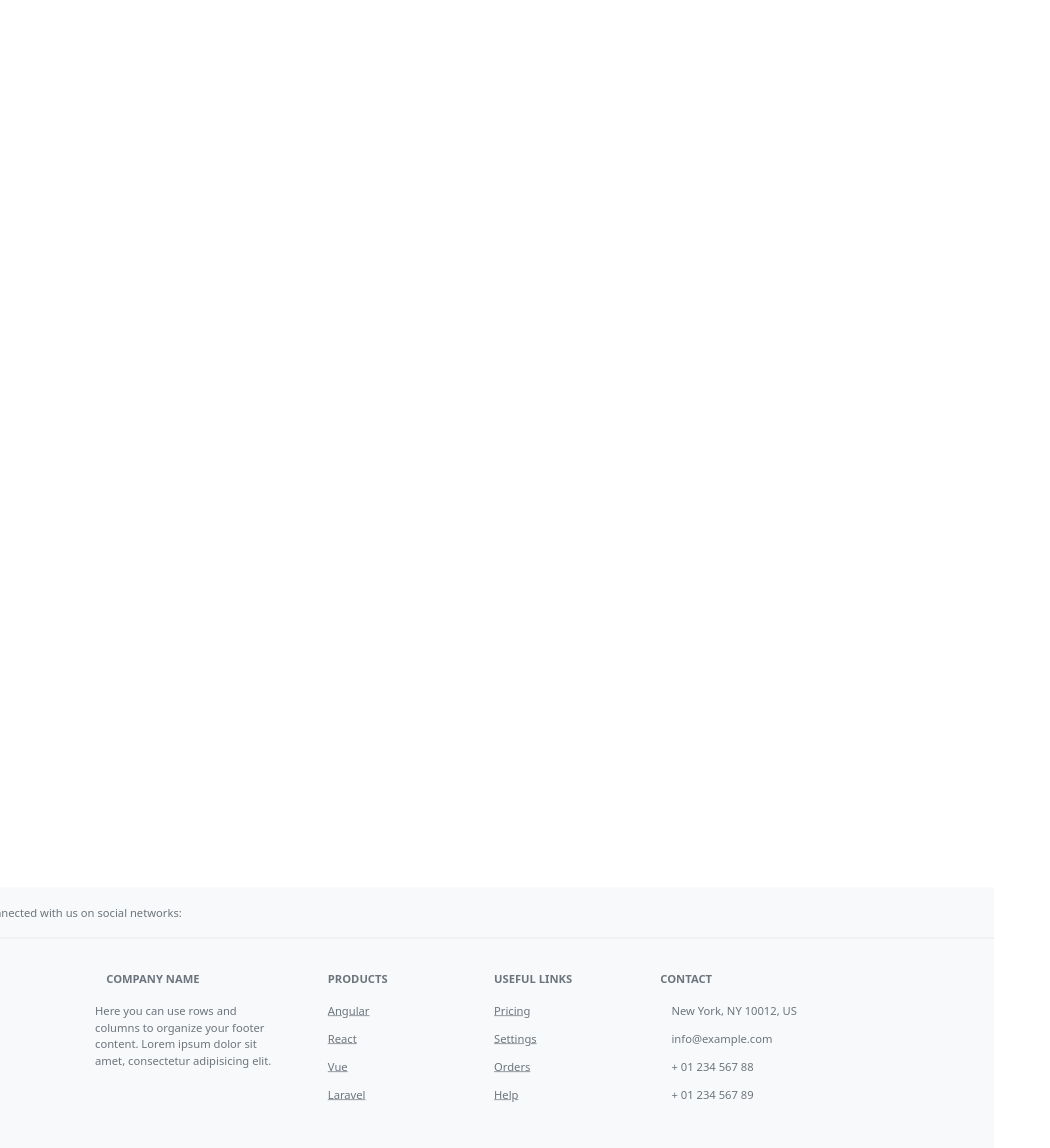
Repository: Williamlmachado/Desafio-Landing-page
Page: index.html
The author's editor kept a copy of each file at every save. The page is drawn from the files as they stood at one save, then again after the next save.
The browser window is 1280 px wide. The page is 1420 px wide, then 1500 px, so the pictures cover 1500 px, including what lies to the right of the window. The pictures show the part of the page from y = 1182 to 2822 px (the page is 2822 px tall), at 70% of full size.

Above is the page before, as saved 2021-11-06 15:44:10.

After the next save:
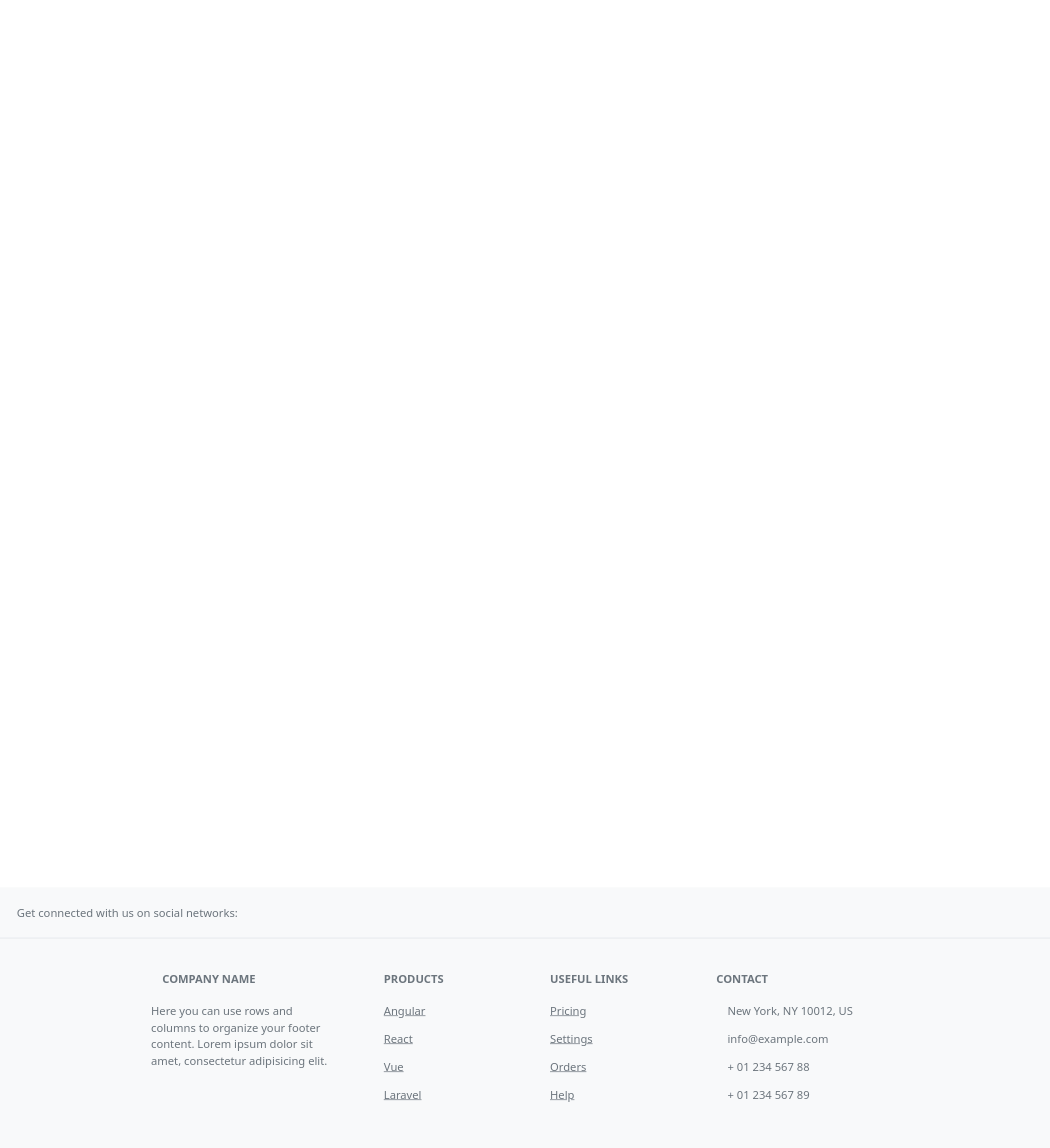
Saved 15 s later.
--- a/style.css
+++ b/style.css
@@ -59,7 +59,7 @@
     position: absolute;
     width: 1500px;
     height: 373px;
-    left: calc(50% - 1449px/2 + 4.5px);
+    /* left: calc(50% - 1449px/2 + 4.5px); */
     top: calc(50% - 373px/2 + 2603.5px);
 
     /* Branco */
